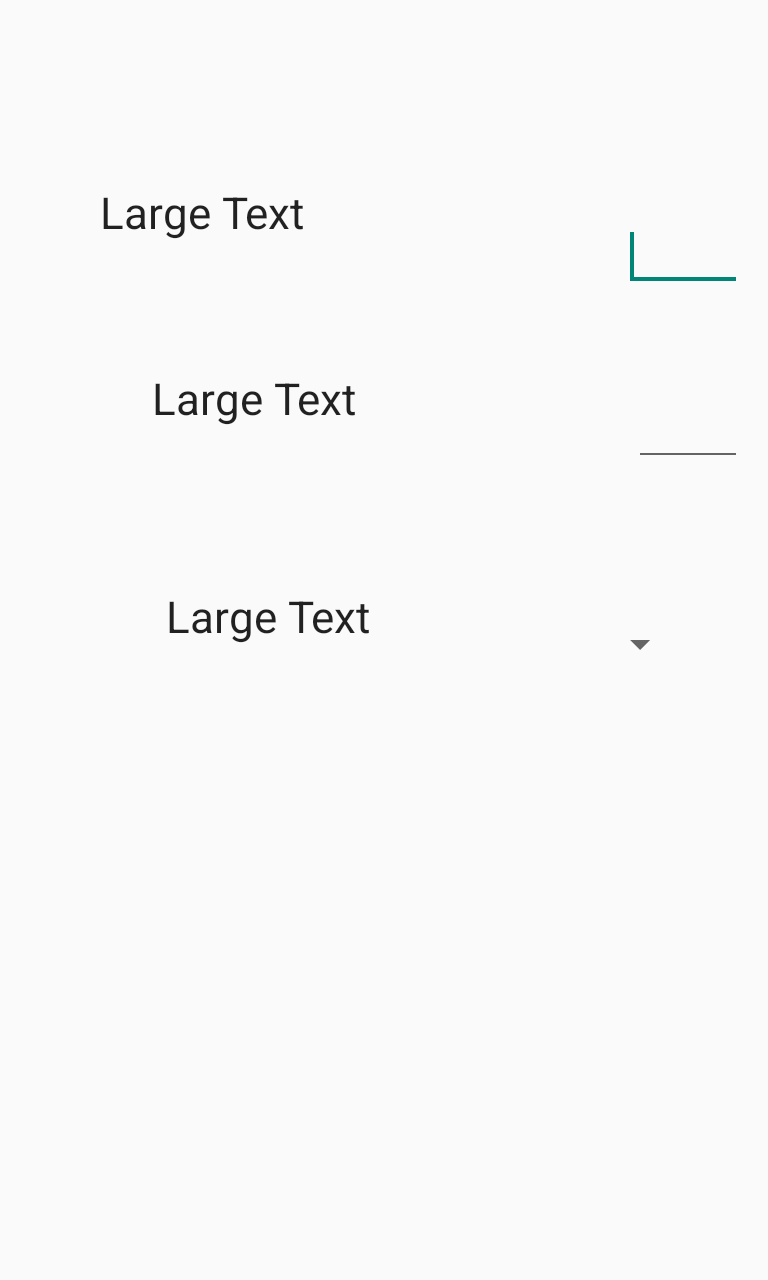
Repository: ccutsail/ps4
Layout: androidCalcEngine/res/layout/activity_fvcalc.xml
The author's editor kept a copy of each file at every save. The layout is drawn from the files as they stood at one save, then again after the next save.
It is drawn on a 768 x 1280 px phone screen (xhdpi) without system bars, with theme AppTheme; the app's code is not run.

Above is the layout before, as saved 2014-10-24 05:06:58.

### androidCalcEngine/res/layout/activity_fvcalc.xml
<AbsoluteLayout xmlns:android="http://schemas.android.com/apk/res/android"
    xmlns:tools="http://schemas.android.com/tools"
    android:id="@+id/AbsoluteLayout1"
    android:layout_width="match_parent"
    android:layout_height="match_parent"
    android:paddingBottom="@dimen/activity_vertical_margin"
    android:paddingLeft="@dimen/activity_horizontal_margin"
    android:paddingRight="@dimen/activity_horizontal_margin"
    android:paddingTop="@dimen/activity_vertical_margin"
    tools:context="com.example.androidcalcengine.FVCalc" >

    <TextView
        android:id="@+id/textView1"
        android:layout_width="wrap_content"
        android:layout_height="wrap_content"
        android:layout_x="34dp"
        android:layout_y="75dp"
        android:text="Large Text"
        android:textAppearance="?android:attr/textAppearanceLarge" />

    <TextView
        android:id="@+id/textView2"
        android:layout_width="wrap_content"
        android:layout_height="wrap_content"
        android:layout_x="60dp"
        android:layout_y="168dp"
        android:text="Large Text"
        android:textAppearance="?android:attr/textAppearanceLarge" />

    <TextView
        android:id="@+id/textView3"
        android:layout_width="wrap_content"
        android:layout_height="wrap_content"
        android:layout_x="67dp"
        android:layout_y="277dp"
        android:text="Large Text"
        android:textAppearance="?android:attr/textAppearanceLarge" />

    <EditText
        android:id="@+id/editText1"
        android:layout_width="wrap_content"
        android:layout_height="wrap_content"
        android:layout_x="295dp"
        android:layout_y="90dp"
        android:ems="10"
        android:inputType="number" >

        <requestFocus />
    </EditText>

    <EditText
        android:id="@+id/editText2"
        android:layout_width="wrap_content"
        android:layout_height="wrap_content"
        android:layout_x="300dp"
        android:layout_y="178dp"
        android:ems="10"
        android:inputType="number" />

    <Spinner
        android:id="@+id/spinner1"
        android:layout_width="wrap_content"
        android:layout_height="wrap_content"
        android:layout_x="280dp"
        android:layout_y="294dp" />

</AbsoluteLayout>

Loaded but not shown: androidCalcEngine/res/values/styles.xml (common file); androidCalcEngine/res/values-v11/styles.xml (common file); androidCalcEngine/res/values-v14/styles.xml (common file); androidCalcEngine/res/values/dimens.xml (common file); androidCalcEngine/res/values-w820dp/dimens.xml (common file)

After the next save:
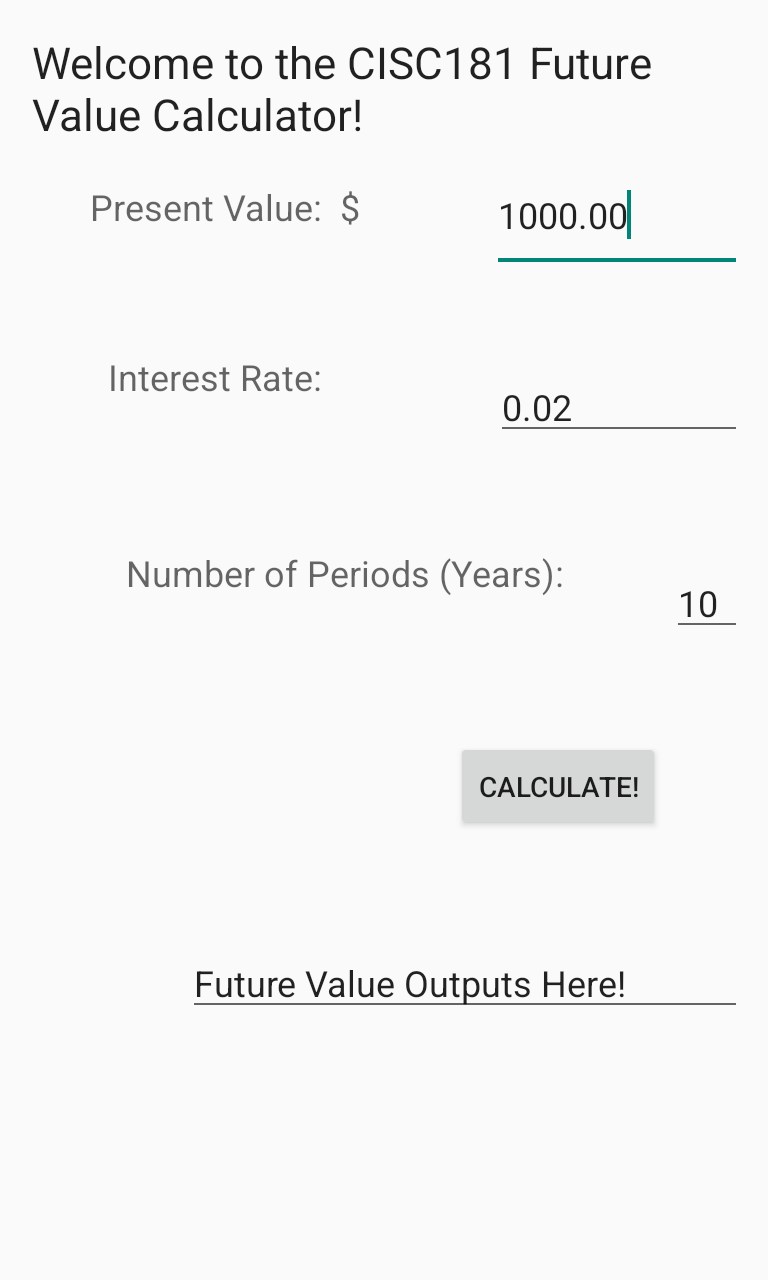
Saved 55 min 7 s later.
--- a/androidCalcEngine/res/layout/activity_fvcalc.xml
+++ b/androidCalcEngine/res/layout/activity_fvcalc.xml
@@ -13,55 +13,84 @@
         android:id="@+id/textView1"
         android:layout_width="wrap_content"
         android:layout_height="wrap_content"
-        android:layout_x="34dp"
-        android:layout_y="75dp"
-        android:text="Large Text"
+        android:text="Welcome to the CISC181 Future Value Calculator!"
         android:textAppearance="?android:attr/textAppearanceLarge" />
 
     <TextView
         android:id="@+id/textView2"
         android:layout_width="wrap_content"
         android:layout_height="wrap_content"
-        android:layout_x="60dp"
-        android:layout_y="168dp"
-        android:text="Large Text"
-        android:textAppearance="?android:attr/textAppearanceLarge" />
+        android:layout_x="29dp"
+        android:layout_y="75dp"
+        android:text="Present Value:  $"
+        android:textAppearance="?android:attr/textAppearanceMedium" />
 
     <TextView
         android:id="@+id/textView3"
+        android:layout_width="142dp"
+        android:layout_height="wrap_content"
+        android:layout_x="38dp"
+        android:layout_y="160dp"
+        android:text="Interest Rate:  "
+        android:textAppearance="?android:attr/textAppearanceMedium" />
+
+    <TextView
+        android:id="@+id/textView4"
         android:layout_width="wrap_content"
         android:layout_height="wrap_content"
-        android:layout_x="67dp"
-        android:layout_y="277dp"
-        android:text="Large Text"
-        android:textAppearance="?android:attr/textAppearanceLarge" />
+        android:layout_x="47dp"
+        android:layout_y="258dp"
+        android:text="Number of Periods (Years): "
+        android:textAppearance="?android:attr/textAppearanceMedium" />
+
+    <Button
+        android:id="@+id/fvcalc"
+        android:layout_width="wrap_content"
+        android:layout_height="wrap_content"
+        android:layout_x="211dp"
+        android:layout_y="353dp"
+        android:text="Calculate!" />
 
     <EditText
-        android:id="@+id/editText1"
+        android:id="@+id/pv"
         android:layout_width="wrap_content"
-        android:layout_height="wrap_content"
-        android:layout_x="295dp"
-        android:layout_y="90dp"
+        android:layout_height="64dp"
+        android:layout_x="229dp"
+        android:layout_y="58dp"
         android:ems="10"
-        android:inputType="number" >
+        android:inputType="number|text"
+        android:text="1000.00" >
 
         <requestFocus />
     </EditText>
 
     <EditText
-        android:id="@+id/editText2"
+        android:id="@+id/ir"
         android:layout_width="wrap_content"
         android:layout_height="wrap_content"
-        android:layout_x="300dp"
-        android:layout_y="178dp"
+        android:layout_x="231dp"
+        android:layout_y="165dp"
         android:ems="10"
-        android:inputType="number" />
+        android:inputType="number|text"
+        android:text="0.02" />
 
-    <Spinner
-        android:id="@+id/spinner1"
+    <EditText
+        android:id="@+id/pd"
         android:layout_width="wrap_content"
         android:layout_height="wrap_content"
-        android:layout_x="280dp"
-        android:layout_y="294dp" />
+        android:layout_x="319dp"
+        android:layout_y="263dp"
+        android:ems="10"
+        android:inputType="number|text"
+        android:text="10" />
+
+    <EditText
+        android:id="@+id/editText1"
+        android:layout_width="370dp"
+        android:layout_height="wrap_content"
+        android:layout_x="77dp"
+        android:layout_y="453dp"
+        android:ems="10"
+        android:text="Future Value Outputs Here!" />
 
 </AbsoluteLayout>
